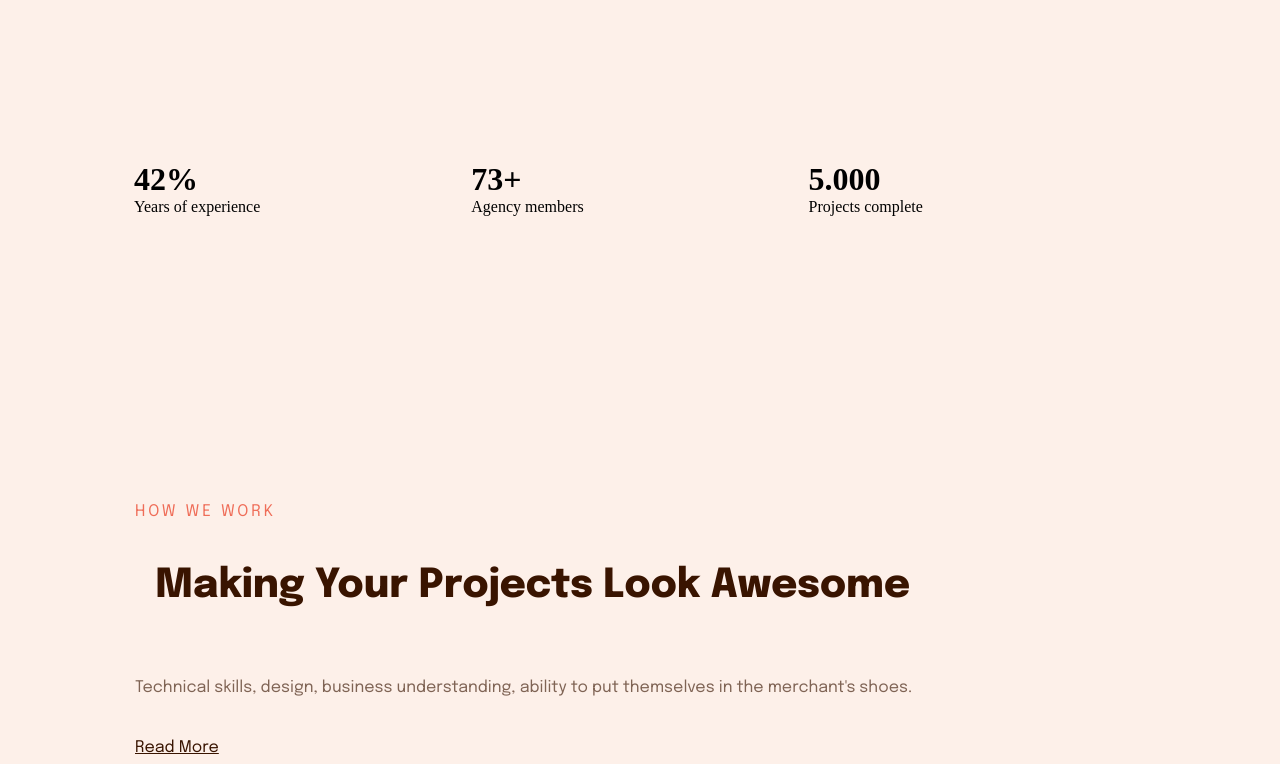
Repository: MehdiKerimov/Figma-task-7
Page: index.html
The author's editor kept a copy of each file at every save. The page is drawn from the files as they stood at one save, then again after a run of saves.
The browser window is 1280 px wide. The pictures show the whole page.

Above is the page before, as saved 2023-08-30 12:03:47.

### index.html
<!DOCTYPE html>
<html lang="en">

<head>
    <meta charset="UTF-8">
    <meta name="viewport" content="width=device-width, initial-scale=1.0">
    <title>Document</title>
    <link rel="stylesheet" href="index.css">
</head>

<body>
    <div class="container">
        <div class="container-1">
            <ul>

                    <li>
                        <h1>42%</h1>
                        <p>Years of experience</p>
                    </li>


                    <li>
                        <h1>73+</h1>
                        <P>Agency members</P>
                    </li>


                    <li>
                        <h1>5.000</h1>
                        <p>Projects complete</p>
                    </li>

            </ul>
        </div>
        <div class="container-2">
            <h1>How we work</h1>
            <h2>Making Your Projects Look Awesome</h2>
            <p>Technical skills, design, business understanding, ability to put themselves in the merchant's shoes.</p>
            <a href="">Read More</a>
        </div>
    </div>


</body>

</html>

### index.css
@import url("https://fonts.googleapis.com/css2?family=Epilogue:wght@400;800&display=swap");
* {
  padding: 0;
  margin: 0;
  box-sizing: border-box;
}
.container {
    background: #FDF0E9;
}
.container-1 {
  /* display: flex; */
  padding: 161px 134px 140px 134px;
}

.container-1 .box-1 {
  width: 391px;
  height: 176px;
  border-radius: 6px 0px 0px 6px;
  border: 1px solid #f3d1bf;
}
.container-1 ul {
 display: flex;
}
.container-1 ul li{
    list-style-type: none;
    width: 33.33%;
}
.container-1 .box-1 li h1 {
  padding: 45px 0px 13px 48px;
  color: var(--text-dark, #391400);
  font-feature-settings: "clig" off, "liga" off;
  font-family: Epilogue;
  font-size: 40px;
  font-style: normal;
  font-weight: 800;
  line-height: 48px;
}
.container-1 .box-1 li p {
  margin-left: 48px;
  color: var(--text-dark, #391400);
  font-feature-settings: "clig" off, "liga" off;
  font-family: Epilogue;
  font-size: 20px;
  font-style: normal;
  font-weight: 400;
  line-height: 32px;
}
.container-1 .box-2 {
  width: 391px;
  height: 176px;
  border-radius: 6px 0px 0px 6px;
  border: 1px solid #f3d1bf;
}
.container-1 .box-2 li h1 {
  padding: 45px 0px 13px 48px;
  color: var(--text-dark, #391400);
  font-feature-settings: "clig" off, "liga" off;
  font-family: Epilogue;
  font-size: 40px;
  font-style: normal;
  font-weight: 800;
  line-height: 48px;
}
.container-1 .box-2 li p {
  margin-left: 48px;
  color: var(--text-dark, #391400);
  font-feature-settings: "clig" off, "liga" off;
  font-family: Epilogue;
  font-size: 20px;
  font-style: normal;
  font-weight: 400;
  line-height: 32px;
}
.container-1 .box-3 {
  width: 391px;
  height: 176px;
  border-radius: 6px 0px 0px 6px;
  border: 1px solid #f3d1bf;
}
.container-1 .box-3 li h1 {
  padding: 45px 0px 13px 48px;
  color: var(--text-dark, #391400);
  font-feature-settings: "clig" off, "liga" off;
  font-family: Epilogue;
  font-size: 40px;
  font-style: normal;
  font-weight: 800;
  line-height: 48px;
}
.container-1 .box-3 li p {
  margin-left: 48px;
  color: var(--text-dark, #391400);
  font-feature-settings: "clig" off, "liga" off;
  font-family: Epilogue;
  font-size: 20px;
  font-style: normal;
  font-weight: 400;
  line-height: 32px;
}

.container-2 h1 {
  padding: 140px 0px 17px 135px;
  color: var(--text-dark-accent, #ef6d58);
  font-feature-settings: "clig" off, "liga" off;
  font-family: Epilogue;
  font-size: 16px;
  font-style: normal;
  font-weight: 400;
  line-height: 32px;
  letter-spacing: 3px;
  text-transform: uppercase;
}
.container-2 h2 {
  padding: 17px 152px 31px 155px;
  color: var(--text-dark, #391400);
  font-feature-settings: "clig" off, "liga" off;
  font-family: Epilogue;
  font-size: 40px;
  font-style: normal;
  font-weight: 800;
  line-height: 48px;
}
.container-2 p {
  padding: 31px 130px 28px 135px;
  color: var(--text-dark-gray, rgba(57, 20, 0, 0.64));
  font-feature-settings: "clig" off, "liga" off;
  font-family: Epilogue;
  font-size: 16px;
  font-style: normal;
  font-weight: 400;
  line-height: 32px;
}
.container-2 a {
  padding: 28px 0px 0px 135px;
  color: var(--text-dark, #391400);
  font-feature-settings: "clig" off, "liga" off;
  font-family: Epilogue;
  font-size: 16px;
  font-style: normal;
  font-weight: 400;
  line-height: 32px;
}

After the next 2 saves:
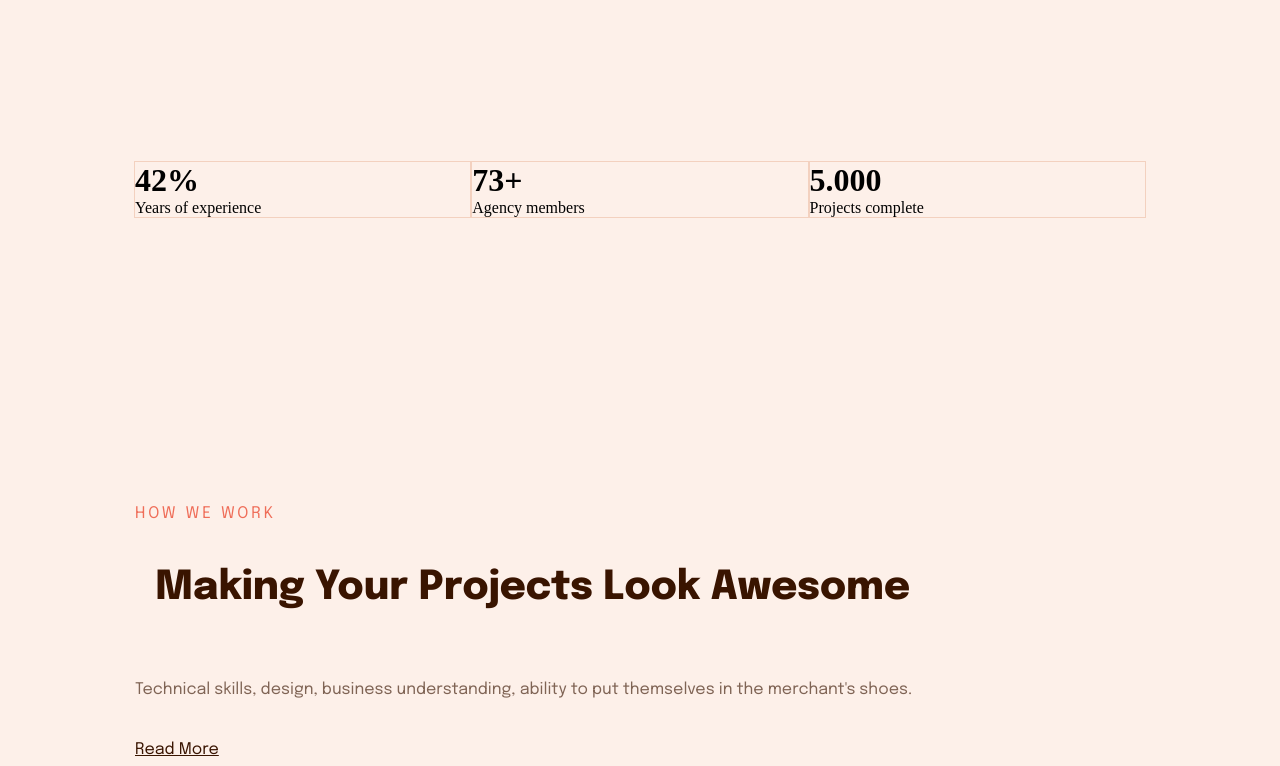
The 2 saves are shown as one change because they came seconds apart.
The last was saved 11 s later.
--- a/index.css
+++ b/index.css
@@ -16,7 +16,6 @@
   width: 391px;
   height: 176px;
   border-radius: 6px 0px 0px 6px;
-  border: 1px solid #f3d1bf;
 }
 .container-1 ul {
  display: flex;
@@ -24,6 +23,8 @@
 .container-1 ul li{
     list-style-type: none;
     width: 33.33%;
+    border: 1px solid #f3d1bf;
+
 }
 .container-1 .box-1 li h1 {
   padding: 45px 0px 13px 48px;
